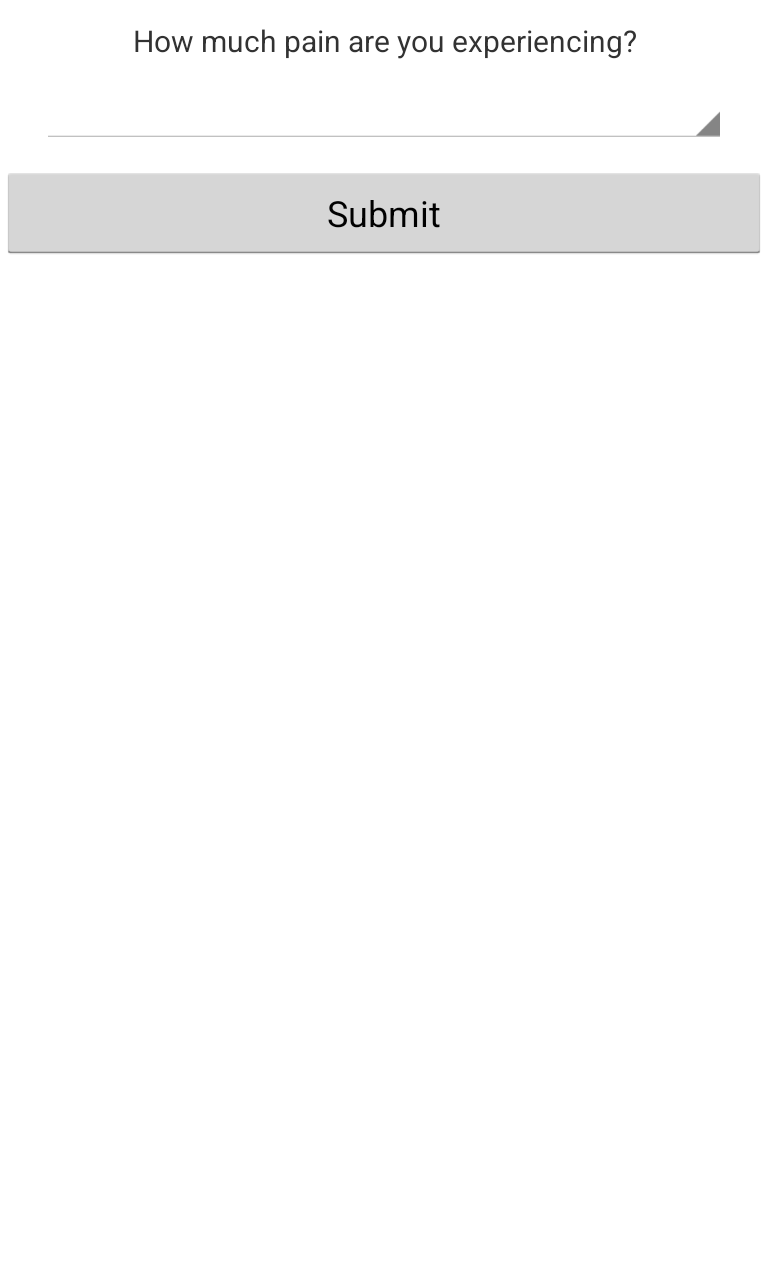
Repository: nanoweb12/GoodFeetAppNew
Layout: GoodFeetapp/res/layout/custom.xml
The author's editor kept a copy of each file at every save. The layout is drawn from the files as they stood at one save, then again after the next save.
It is drawn on a 768 x 1280 px phone screen (xhdpi) without system bars, with theme MyTheme; the app's code is not run.

Above is the layout before, as saved 2015-02-18 07:31:27.

After the next save:
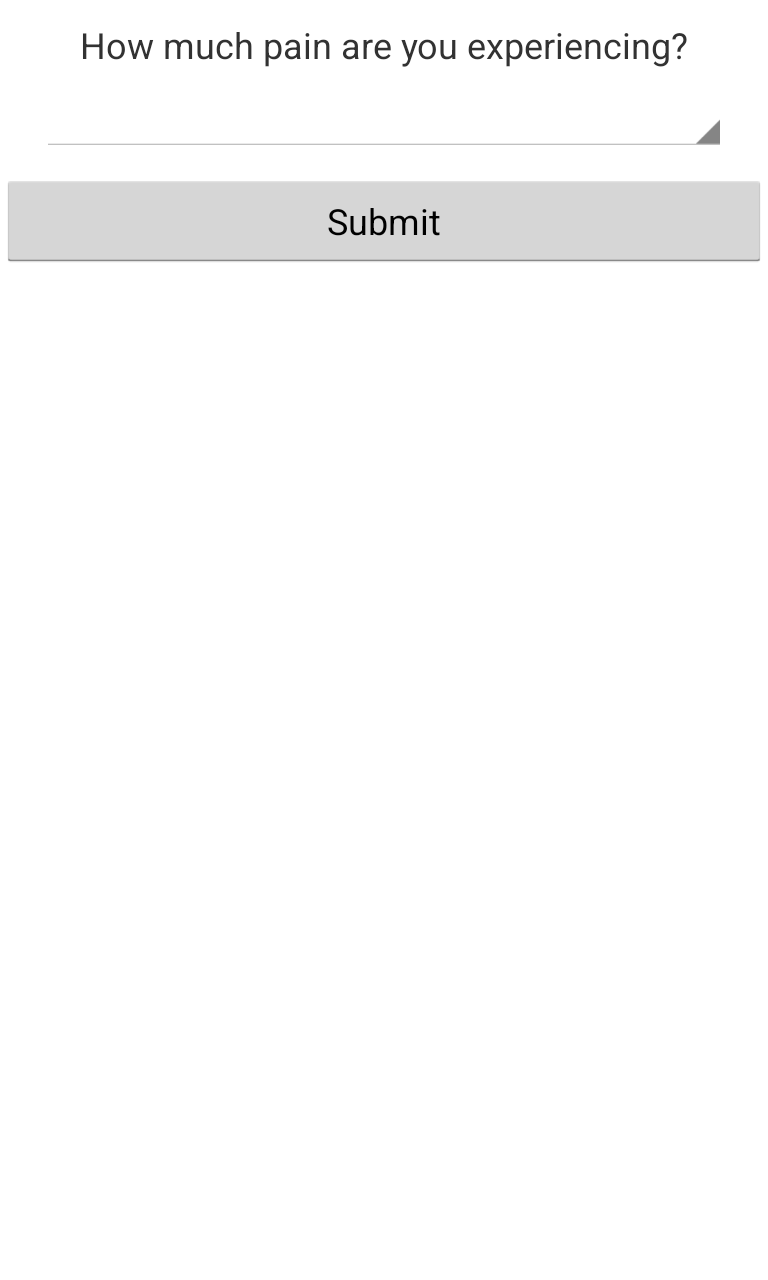
Saved 52 s later.
--- a/GoodFeetapp/res/layout/custom.xml
+++ b/GoodFeetapp/res/layout/custom.xml
@@ -11,7 +11,7 @@
        android:gravity="center"
         android:layout_marginTop="10dp"
         android:text="How much pain are you experiencing?"
-        android:textSize="15sp" />
+        android:textSize="18sp" />
 
     <Spinner
         android:id="@+id/spinner"
